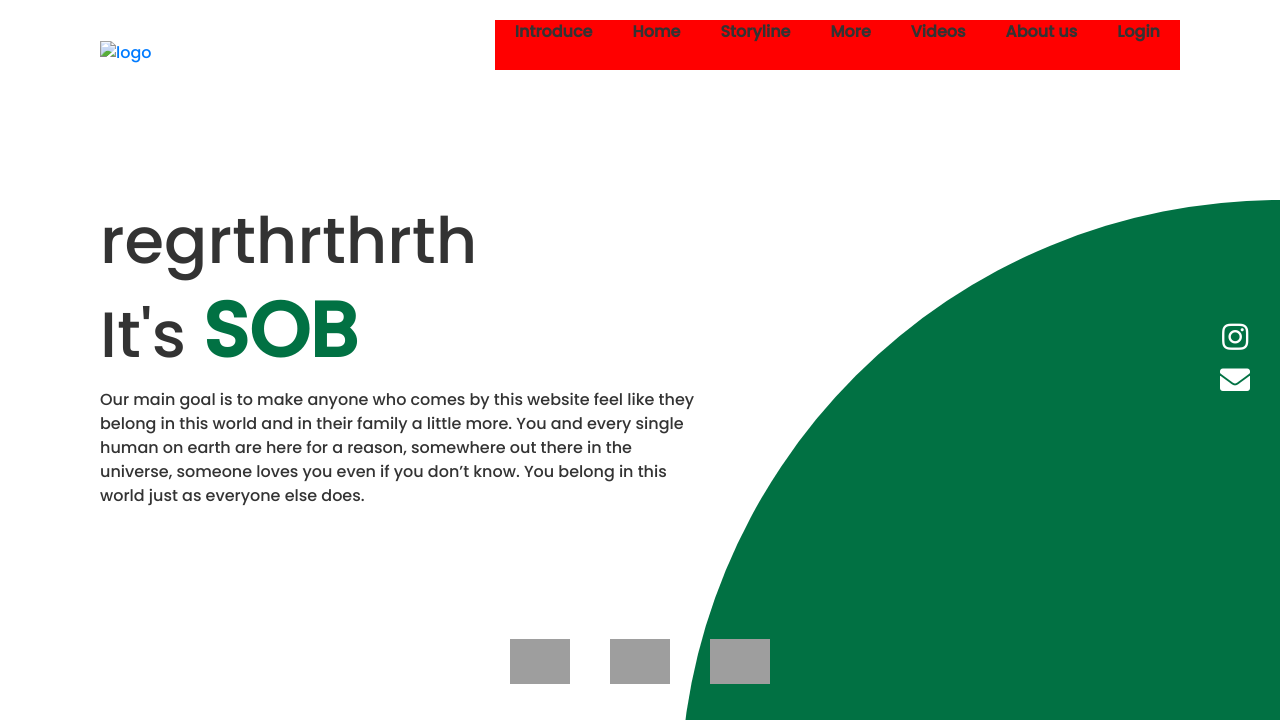
Repository: LeDucHai007/test3
Page: intro1.html
The author's editor kept a copy of each file at every save. The page is drawn from the files as they stood at one save, then again after the next save.
The browser window is 1280 px wide. The pictures show the whole page.
Pictures or frames that could not be fetched are drawn as grey boxes. Some web fonts or font styles are not loaded; a fallback is used. Some web libraries are served in a nearby version.

Above is the page before, as saved 2022-02-11 16:06:51.
Console error: TypeError: Cannot set properties of null (setting 'onclick')

After the next save:
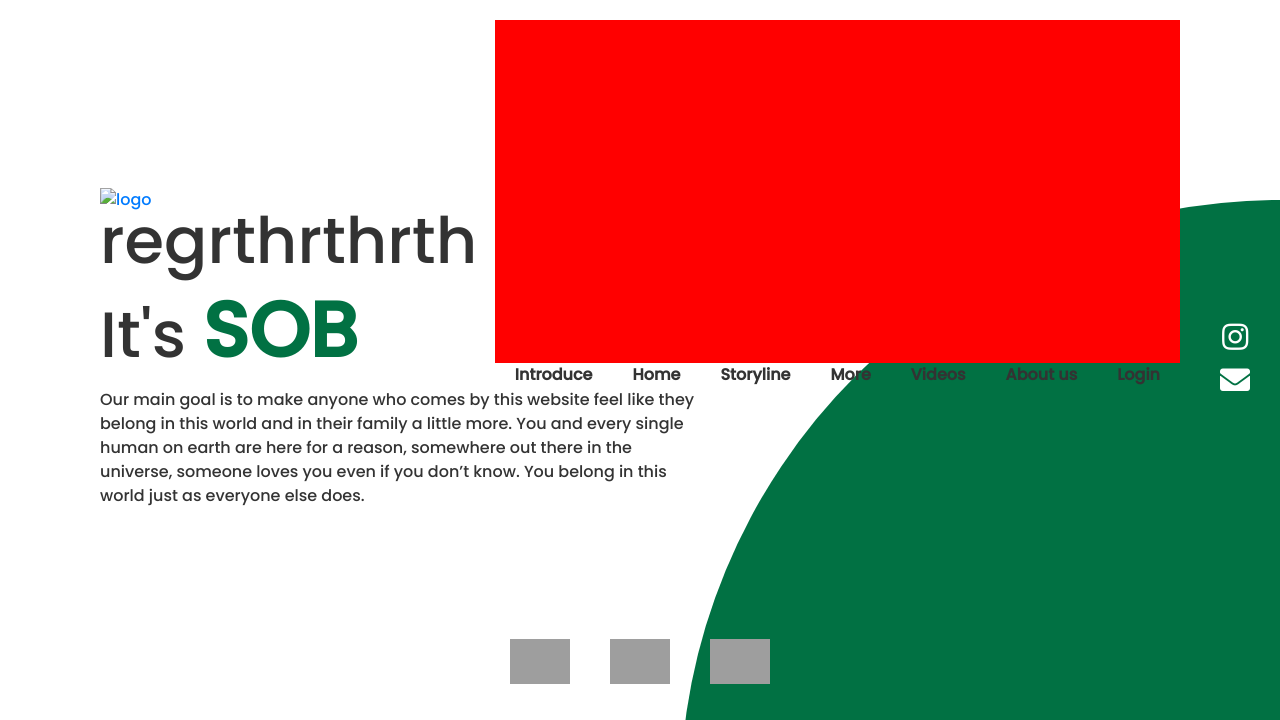
Saved 17 s later.
--- a/intro1.css
+++ b/intro1.css
@@ -38,7 +38,6 @@
 header ul {
     position: relative;
     display: flex;
-    vertical-align: middle;
 }
 
 header ul li {
@@ -47,6 +46,7 @@
     height: 50px;
     padding-right: 20px;
     padding-left: 20px;
+    padding-top: 50%;
 }
 
 header ul li:hover a {

After the save that followed:
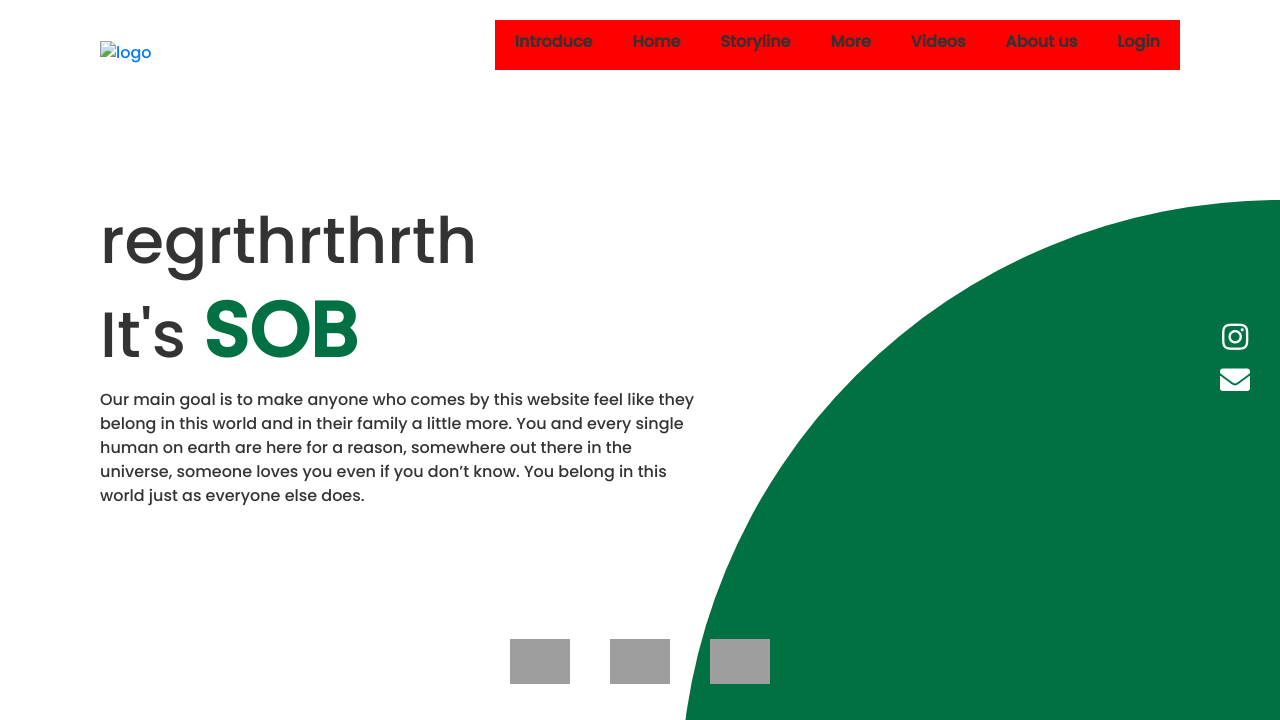
Saved 8 s later.
--- a/intro1.css
+++ b/intro1.css
@@ -46,7 +46,7 @@
     height: 50px;
     padding-right: 20px;
     padding-left: 20px;
-    padding-top: 50%;
+    padding-top: 10px;
 }
 
 header ul li:hover a {
